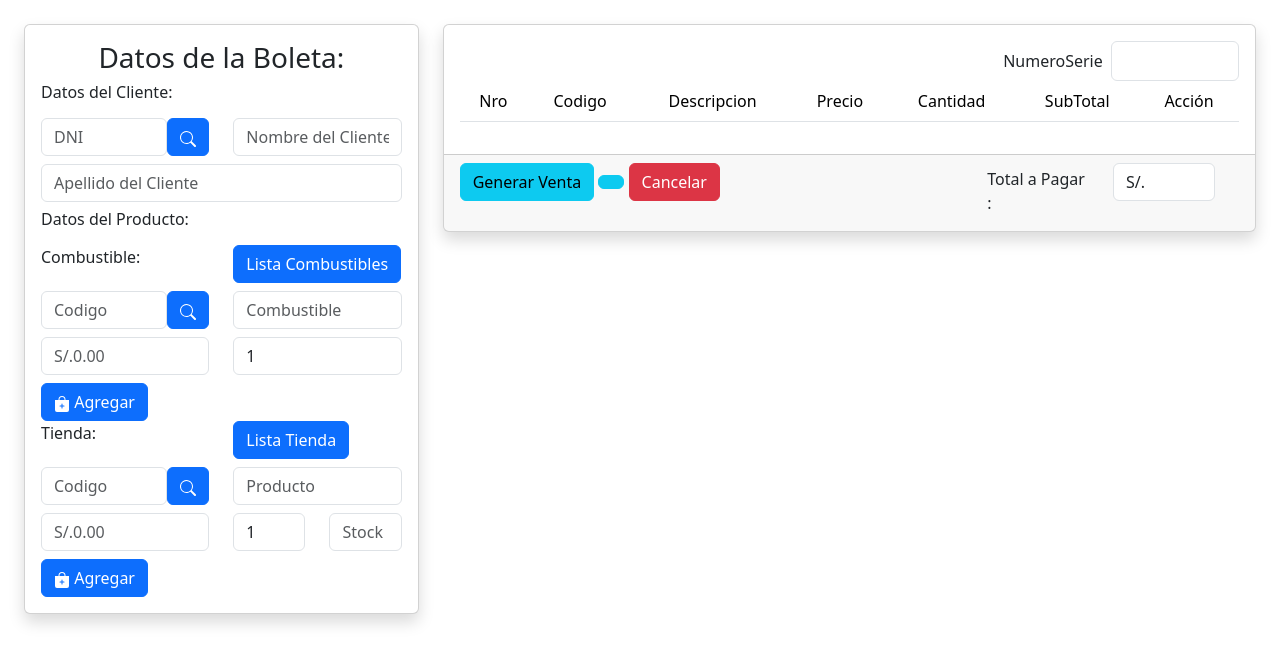
Repository: alexpool1122/evaluaciones
Page: http://localhost/Centenario2023/Ventas.jsp
The author's editor kept a copy of each file at every save. The page is drawn from the files as they stood at one save, then again after the next save.
The browser window is 1280 px wide. The pictures show the whole page.
The page is served by Tomcat 10. Other server files are loaded and not shown. The template is opened directly, without the code that normally fills it, so the values that code supplies are empty.

Above is the page before, as saved 2023-06-28 04:56:14.

### ProyectoFinal/Proyecto/Centenario2023/src/main/webapp/Ventas.jsp
<%@page import="Entidad.Empleado"%>
<%@page import="java.sql.ResultSet"%>
<%@page import="java.sql.PreparedStatement"%>
<%@page import="java.sql.DriverManager"%>
<%@page import="java.sql.Connection"%>
<%@page import="Entidad.Combustible"%>
<%@page import="java.awt.event.ItemEvent"%>
<%@page import="org.apache.tomcat.util.descriptor.tld.TldRuleSet.Variable"%>
<%@page import="org.eclipse.jdt.internal.compiler.ast.ForeachStatement"%>
<%@page import="org.apache.jasper.tagplugins.jstl.core.ForEach"%>
<%@page import="Entidad.Venta"%>
<%@page import="java.util.List"%>
<%@ page language="java" contentType="text/html; charset=ISO-8859-1"
    pageEncoding="ISO-8859-1"%>
<!DOCTYPE html>
<html>
<head>
    <meta charset="utf-8">
    <meta name="viewport" content="width=device-width, initial-scale=1">
    <title>Ventas</title>
    <link href="https://cdn.jsdelivr.net/npm/bootstrap@5.3.0-alpha3/dist/css/bootstrap.min.css" rel="stylesheet" integrity="sha384-KK94CHFLLe+nY2dmCWGMq91rCGa5gtU4mk92HdvYe+M/SXH301p5ILy+dN9+nJOZ" crossorigin="anonymous">
</head>
<body>
	<%
		Class.forName("com.mysql.jdbc.Driver");
		String url = "jdbc:mysql://localhost:3306/BDCentenario23";
		String usuario = "root";
		String clave = "mysql";
		String sql ;
		Connection cn = DriverManager.getConnection(url,usuario,clave) ;
		PreparedStatement pstm ;
		ResultSet rs ;
	%>
	<div class="m-4">
		<div class="row">
			<div class="col-4">
				<div class="card shadow">
					<div class="card-body">
						<h3 class="text-center">Datos de la Boleta:</h3>
						<form action="Controlador?menu=Venta" method="post">
							<div class="form-group row mb-2">
								<h6>Datos del Cliente:</h6>
							</div>
							<div class="form-group row mb-2">
								<div class="col-6 d-flex">
									<input type="text" class="form-control" name="txtDniCliente"id="codCliente" placeholder="DNI" value="${cliente.getDniCliente() }">
									<button type="submit" class="btn btn-primary" value="BuscarCliente" name="accion" id="buscarCliente">
										<svg xmlns="http://www.w3.org/2000/svg" width="16" height="16" fill="currentColor" class="bi bi-search" viewBox="0 0 16 16">
										  <path d="M11.742 10.344a6.5 6.5 0 1 0-1.397 1.398h-.001c.03.04.062.078.098.115l3.85 3.85a1 1 0 0 0 1.415-1.414l-3.85-3.85a1.007 1.007 0 0 0-.115-.1zM12 6.5a5.5 5.5 0 1 1-11 0 5.5 5.5 0 0 1 11 0z"/>
										</svg>
									</button>
								</div>
								<div class="col-6">
										<input type="text" class="form-control" name="txtCliente" value="${cliente.getNomCliente()}" id="nomCliente" placeholder="Nombre del Cliente">
									</div>
								<div class=" mt-2">
									<input type="text" class="form-control" name="txtCliente" value="${cliente.getApeCliente()}" id="nomCliente" placeholder="Apellido del Cliente">
								</div>
							</div>
							<div class="form-group row mb-2">
								<h6>Datos del Producto:</h6>
							</div>
							<div class="form-group row mb-2">
								<div class="col-6">
									<label>Combustible:</label>
								</div>
								<div class="col-6">
									<!-- Button trigger modal -->
									<button type="button" class="btn btn-primary" data-bs-toggle="modal" data-bs-target="#exampleModal">
									  Lista Combustibles
									</button>

									<!-- Modal -->
									<div class="modal fade" id="exampleModal" tabindex="-1" aria-labelledby="exampleModalLabel" aria-hidden="true">
									  <div class="modal-dialog">
									    <div class="modal-content">
									      <div class="modal-header">
									        <h1 class="modal-title fs-5" id="exampleModalLabel">Lista de los Combustibles</h1>
									        <button type="button" class="btn-close" data-bs-dismiss="modal" aria-label="Close"></button>
									      </div>
									      <div class="modal-body">
									        <table class="table">
												<tr>
													<td>Codigo</td>
													<td>Producto</td>
													<td>Capacidad</td>
													<td>Precio</td>
													<td>Estado</td>
												</tr>
												<%
													sql = "select * from productoCombustible";
													pstm = cn.prepareStatement(sql);
													rs = pstm.executeQuery();
													while(rs.next()){
												%>
												<tr>
														<td><%= rs.getString(1) %></td>
														<td><%= rs.getString(2) %></td>
														<td><%= rs.getDouble(3) %></td>
														<td><%= rs.getDouble(4) %></td>
														<td><%= rs.getString(5) %></td>
												</tr>
												<%} %>
											</table>
									      </div>
									      <div class="modal-footer">
									        <button type="button" class="btn btn-danger" data-bs-dismiss="modal">Cerrar</button>
									      </div>
									    </div>
									  </div>
									</div>
								</div>
							</div>
							<div class="form-group row mb-2">
								<div class="col-6 d-flex">
									<input type="text" class="form-control" name="txtCodigo" placeholder="Codigo" value="${combustible.getCodProdComb() }">
									<button type="submit" class="btn btn-primary" value="BuscarCombustible" name="accion" id="buscarCombustible">
										<svg xmlns="http://www.w3.org/2000/svg" width="16" height="16" fill="currentColor" class="bi bi-search" viewBox="0 0 16 16">
										  <path d="M11.742 10.344a6.5 6.5 0 1 0-1.397 1.398h-.001c.03.04.062.078.098.115l3.85 3.85a1 1 0 0 0 1.415-1.414l-3.85-3.85a1.007 1.007 0 0 0-.115-.1zM12 6.5a5.5 5.5 0 1 1-11 0 5.5 5.5 0 0 1 11 0z"/>
										</svg>
									</button>
								</div>
								<div class="col-6">
									<input type="text" class="form-control" name="txtCombustible" placeholder="Combustible" value="${combustible.getNomComb()}">
								</div>
							</div>
							<div class="form-group row mb-2">
								<div class="col-6">
									<input type="text" class="form-control" name="txtPrecio" id="precio" placeholder="S/.0.00" value="${combustible.getPrecio()}">
								</div>
								<div class="col-6">
									<input type="number" class="form-control" name="txtCantidad" id="cantidad" placeholder="Cantidad" value="1"  title="Ingrese un número decimal válido">
								</div>
							</div>
							<div>
								<button type="submit" class="btn btn-primary" value="AgregarCombustible" name="accion" id="agregar">
									<svg xmlns="http://www.w3.org/2000/svg" width="16" height="16" fill="currentColor" class="bi bi-bag-plus-fill" viewBox="0 0 16 16">
									  <path fill-rule="evenodd" d="M10.5 3.5a2.5 2.5 0 0 0-5 0V4h5v-.5zm1 0V4H15v10a2 2 0 0 1-2 2H3a2 2 0 0 1-2-2V4h3.5v-.5a3.5 3.5 0 1 1 7 0zM8.5 8a.5.5 0 0 0-1 0v1.5H6a.5.5 0 0 0 0 1h1.5V12a.5.5 0 0 0 1 0v-1.5H10a.5.5 0 0 0 0-1H8.5V8z"/>
									</svg>
									 Agregar
								</button>
							</div>
							<div class="form-group row mb-2">
								<div class="col-6">
									<label>Tienda:</label>
								</div>
								<div class="col-6">
									<button type="button" class="btn btn-primary" data-bs-toggle="modal" data-bs-target="#listaTienda">
									  Lista Tienda
									</button>
									<!-- Modal -->
									<div class="modal fade" id="listaTienda" tabindex="-1" aria-labelledby="exampleModalLabel" aria-hidden="true">
									  <div class="modal-dialog">
									    <div class="modal-content">
									      <div class="modal-header">
									        <h1 class="modal-title fs-5" id="exampleModalLabel">Lista de los Productos</h1>
									        <button type="button" class="btn-close" data-bs-dismiss="modal" aria-label="Close"></button>
									      </div>
									      <div class="modal-body">
									        <table class="table">
												<tr>
													<td>Codigo</td>
													<td>Producto</td>
													<td>Precio</td>
													<td>Stock</td>
												</tr>
												<%
													sql = "select * from productoTienda";
													pstm = cn.prepareStatement(sql);
													rs = pstm.executeQuery();
													while(rs.next()){
												%>
												<tr>
														<td><%= rs.getString(1) %></td>
														<td><%= rs.getString(2) %></td>
														<td><%= rs.getDouble(5) %></td>
														<td><%= rs.getInt(6) %></td>
												</tr>
												<%} %>
											</table>
									      </div>
									      <div class="modal-footer">
									        <button type="button" class="btn btn-danger" data-bs-dismiss="modal">Cerrar</button>
									      </div>
									    </div>
									  </div>
									</div>
								</div>
							</div>
							<div class="form-group row mb-2">
								<div class="col-6 d-flex">
									<input type="text" class="form-control" name="txtCodPro" id="codProducto" placeholder="Codigo" value="${producto.getCodProdTie()}">
									<button type="submit" class="btn btn-primary" value="BuscarProducto" name="accion" id="buscarProducto">
										<svg xmlns="http://www.w3.org/2000/svg" width="16" height="16" fill="currentColor" class="bi bi-search" viewBox="0 0 16 16">
										  <path d="M11.742 10.344a6.5 6.5 0 1 0-1.397 1.398h-.001c.03.04.062.078.098.115l3.85 3.85a1 1 0 0 0 1.415-1.414l-3.85-3.85a1.007 1.007 0 0 0-.115-.1zM12 6.5a5.5 5.5 0 1 1-11 0 5.5 5.5 0 0 1 11 0z"/>
										</svg>
									</button>
								</div>
								<div class="col-6">
									<input type="text" class="form-control" name="txtProducto" id="nomProducto" placeholder="Producto" value="${producto.getNomProdTie()}">
								</div>
							</div>
							<div class="form-group row mb-2">
								<div class="col-6">
									<input type="text" class="form-control" name="txtPrecioProducto" id="precio" placeholder="S/.0.00" value="${producto.getPrecio()}">
								</div>
								<div class="col-3">
									<input type="number" class="form-control" name="txtCantidadProducto" id="cantidad" placeholder="Cant" value="1">
								</div>
								<div class="col-3">
									<input type="text" class="form-control" name="txtStock" id="stockProducto" placeholder="Stock" value="${producto.getStock()}">
								</div>
							</div>
							<div>
								<button type="submit" class="btn btn-primary" value="AgregarProducto" name="accion" id="agregar">
									<svg xmlns="http://www.w3.org/2000/svg" width="16" height="16" fill="currentColor" class="bi bi-bag-plus-fill" viewBox="0 0 16 16">
									  <path fill-rule="evenodd" d="M10.5 3.5a2.5 2.5 0 0 0-5 0V4h5v-.5zm1 0V4H15v10a2 2 0 0 1-2 2H3a2 2 0 0 1-2-2V4h3.5v-.5a3.5 3.5 0 1 1 7 0zM8.5 8a.5.5 0 0 0-1 0v1.5H6a.5.5 0 0 0 0 1h1.5V12a.5.5 0 0 0 1 0v-1.5H10a.5.5 0 0 0 0-1H8.5V8z"/>
									</svg>
									 Agregar
								</button>
							</div>
						</form>
					</div>
				</div>
			</div>
			<div class="col-8">
				<div class="card shadow">
					<div class="card-body">
						<div class="row">
							<div class="col-8"></div>
							<div class="col-4 d-flex">
								<label class="m-2">NumeroSerie</label>
								<input type="text" class="form-control" value="${nSerie}">
							</div>
						</div>
						<table class="table">
							<tr class="text-center">
								<td>Nro</td>
								<td>Codigo</td>
								<td>Descripcion</td>
								<td>Precio</td>
								<td>Cantidad</td>
								<td>SubTotal</td>
								<td>Acción</td>
							</tr>
							<%
								List<Venta> listaVenta = (List<Venta>) request.getAttribute("ListaVenta");
								if(listaVenta != null){
									for(Venta venta:listaVenta){
							%>
							<tr class="text-center">
								<td><%= venta.getItem() %></td>
								<td><%= venta.getCodProdTie() != null ? venta.getCodProdTie() : venta.getCodProdComb() %></td>
								<td><%= venta.getDescripcion() %></td>
								<td><%= venta.getPrecio() %></td>
								<td><%= venta.getCantidad() %></td>
								<td><%= venta.getSubTotal() %></td>
								<td class="text-center">
									<a href="#" class="btn btn-warning">
										<svg xmlns="http://www.w3.org/2000/svg" width="16" height="16" fill="currentColor" class="bi bi-pencil-square" viewBox="0 0 16 16">
										  <path d="M15.502 1.94a.5.5 0 0 1 0 .706L14.459 3.69l-2-2L13.502.646a.5.5 0 0 1 .707 0l1.293 1.293zm-1.75 2.456-2-2L4.939 9.21a.5.5 0 0 0-.121.196l-.805 2.414a.25.25 0 0 0 .316.316l2.414-.805a.5.5 0 0 0 .196-.12l6.813-6.814z"/>
										  <path fill-rule="evenodd" d="M1 13.5A1.5 1.5 0 0 0 2.5 15h11a1.5 1.5 0 0 0 1.5-1.5v-6a.5.5 0 0 0-1 0v6a.5.5 0 0 1-.5.5h-11a.5.5 0 0 1-.5-.5v-11a.5.5 0 0 1 .5-.5H9a.5.5 0 0 0 0-1H2.5A1.5 1.5 0 0 0 1 2.5v11z"/>
										</svg>
									</a>
									<a href="#" class="btn btn-danger">
										<svg xmlns="http://www.w3.org/2000/svg" width="16" height="16" fill="currentColor" class="bi bi-trash" viewBox="0 0 16 16">
										  <path d="M5.5 5.5A.5.5 0 0 1 6 6v6a.5.5 0 0 1-1 0V6a.5.5 0 0 1 .5-.5Zm2.5 0a.5.5 0 0 1 .5.5v6a.5.5 0 0 1-1 0V6a.5.5 0 0 1 .5-.5Zm3 .5a.5.5 0 0 0-1 0v6a.5.5 0 0 0 1 0V6Z"/>
										  <path d="M14.5 3a1 1 0 0 1-1 1H13v9a2 2 0 0 1-2 2H5a2 2 0 0 1-2-2V4h-.5a1 1 0 0 1-1-1V2a1 1 0 0 1 1-1H6a1 1 0 0 1 1-1h2a1 1 0 0 1 1 1h3.5a1 1 0 0 1 1 1v1ZM4.118 4 4 4.059V13a1 1 0 0 0 1 1h6a1 1 0 0 0 1-1V4.059L11.882 4H4.118ZM2.5 3h11V2h-11v1Z"/>
										</svg>
									</a>
								</td>
							</tr>
							<%		}
								}%>

								<%
								List<Venta> listaVentaC = (List<Venta>) request.getAttribute("ListaVentaC");
								if(listaVentaC != null){
									for(Venta ventaC:listaVentaC){
							%>
							<tr class="text-center">
								<td><%= ventaC.getItem() %></td>
								<td><%= ventaC.getCodProdComb() != null ? ventaC.getCodProdComb() : ventaC.getCodProdTie() %></td>
								<td><%= ventaC.getDescripcion() %></td>
								<td><%= ventaC.getPrecio() %></td>
								<td><%= ventaC.getCantidad() %></td>
								<td><%= ventaC.getSubTotal() %></td>
								<td class="text-center">
									<a href="#" class="btn btn-warning">
										<svg xmlns="http://www.w3.org/2000/svg" width="16" height="16" fill="currentColor" class="bi bi-pencil-square" viewBox="0 0 16 16">
										  <path d="M15.502 1.94a.5.5 0 0 1 0 .706L14.459 3.69l-2-2L13.502.646a.5.5 0 0 1 .707 0l1.293 1.293zm-1.75 2.456-2-2L4.939 9.21a.5.5 0 0 0-.121.196l-.805 2.414a.25.25 0 0 0 .316.316l2.414-.805a.5.5 0 0 0 .196-.12l6.813-6.814z"/>
										  <path fill-rule="evenodd" d="M1 13.5A1.5 1.5 0 0 0 2.5 15h11a1.5 1.5 0 0 0 1.5-1.5v-6a.5.5 0 0 0-1 0v6a.5.5 0 0 1-.5.5h-11a.5.5 0 0 1-.5-.5v-11a.5.5 0 0 1 .5-.5H9a.5.5 0 0 0 0-1H2.5A1.5 1.5 0 0 0 1 2.5v11z"/>
										</svg>
									</a>
									<a href="#" class="btn btn-danger">
										<svg xmlns="http://www.w3.org/2000/svg" width="16" height="16" fill="currentColor" class="bi bi-trash" viewBox="0 0 16 16">
										  <path d="M5.5 5.5A.5.5 0 0 1 6 6v6a.5.5 0 0 1-1 0V6a.5.5 0 0 1 .5-.5Zm2.5 0a.5.5 0 0 1 .5.5v6a.5.5 0 0 1-1 0V6a.5.5 0 0 1 .5-.5Zm3 .5a.5.5 0 0 0-1 0v6a.5.5 0 0 0 1 0V6Z"/>
										  <path d="M14.5 3a1 1 0 0 1-1 1H13v9a2 2 0 0 1-2 2H5a2 2 0 0 1-2-2V4h-.5a1 1 0 0 1-1-1V2a1 1 0 0 1 1-1H6a1 1 0 0 1 1-1h2a1 1 0 0 1 1 1h3.5a1 1 0 0 1 1 1v1ZM4.118 4 4 4.059V13a1 1 0 0 0 1 1h6a1 1 0 0 0 1-1V4.059L11.882 4H4.118ZM2.5 3h11V2h-11v1Z"/>
										</svg>
									</a>
								</td>
							</tr>
							<%		}
								}%>
						</table>
					</div>
					<div class="card-footer">
						<div class="row">
							<div class="col-6">
								<a href="Controlador?menu=Venta&accion=GenerarVenta" class="btn btn-info">Generar Venta</a>
								<button class="btn btn-info" type="submit" value="GenerarVenta" name="agregar" id="agregar"></button>
								<input class="btn btn-danger" type="submit" value="Cancelar" name="agregar" id="Cancelar">
							</div>
							<div class="col-6 row">
								<div class="col-4"></div>
								<div class="col-4 d-flex">
									<label class="form-label w-100 mt-1">Total a Pagar :</label>
								</div>
								<div class="col-4">
									<input type="text" class="form-control" value="S/. ${TotalPagar}">
								</div>
							</div>
						</div>
					</div>
				</div>
			</div>
		</div>
	</div>
	<script src="https://cdn.jsdelivr.net/npm/bootstrap@5.3.0-alpha3/dist/js/bootstrap.bundle.min.js" integrity="sha384-ENjdO4Dr2bkBIFxQpeoTz1HIcje39Wm4jDKdf19U8gI4ddQ3GYNS7NTKfAdVQSZe" crossorigin="anonymous"></script>
</body>
</html>

After the next save:
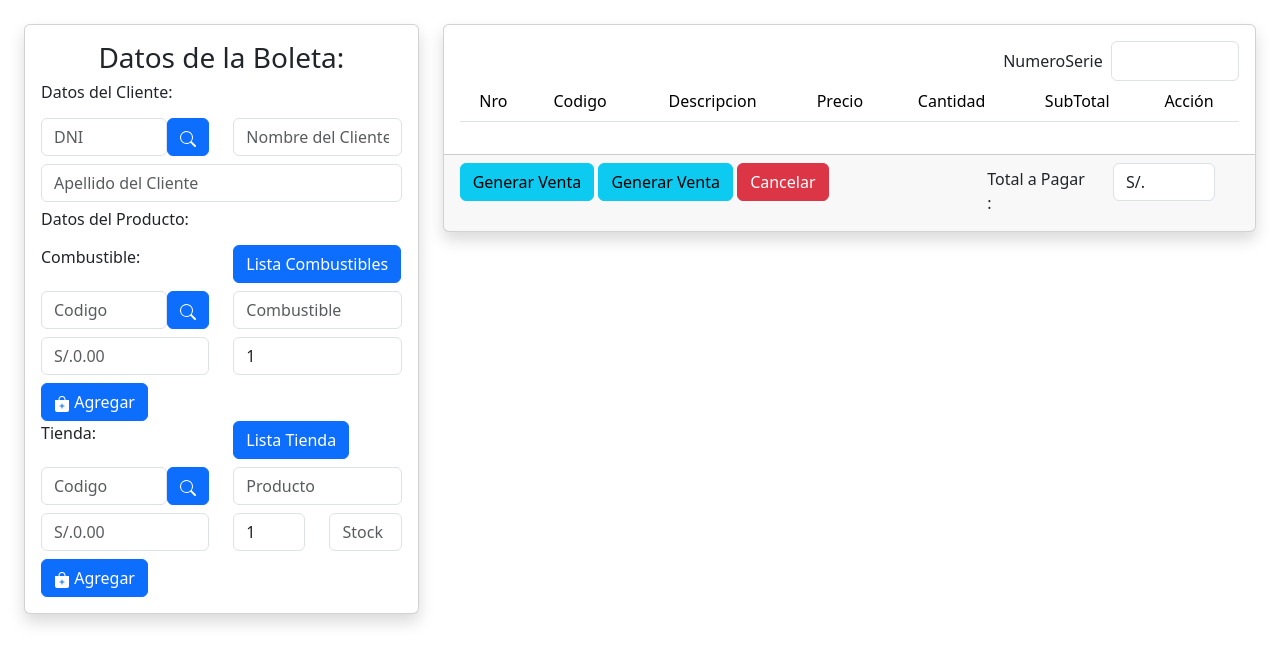
Saved 8 s later.
--- a/ProyectoFinal/Proyecto/Centenario2023/src/main/webapp/Ventas.jsp
+++ b/ProyectoFinal/Proyecto/Centenario2023/src/main/webapp/Ventas.jsp
@@ -308,7 +308,7 @@
 						<div class="row">
 							<div class="col-6">
 								<a href="Controlador?menu=Venta&accion=GenerarVenta" class="btn btn-info">Generar Venta</a>
-								<button class="btn btn-info" type="submit" value="GenerarVenta" name="agregar" id="agregar"></button>
+								<button class="btn btn-info" type="submit" value="GenerarVenta" name="agregar" id="agregar">Generar Venta</button>
 								<input class="btn btn-danger" type="submit" value="Cancelar" name="agregar" id="Cancelar">
 							</div>
 							<div class="col-6 row">
